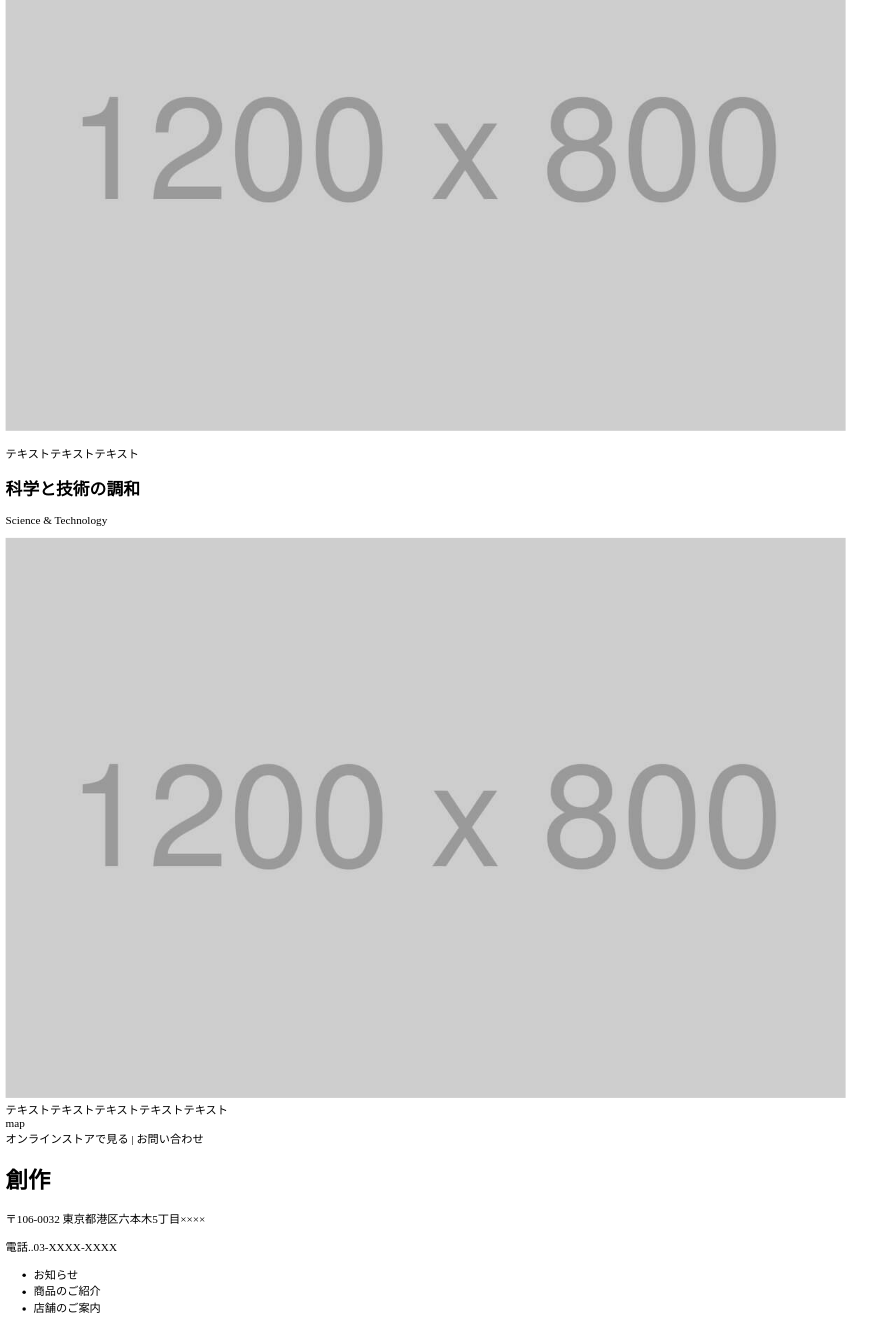
Repository: Fuki-san/wagashi
Page: http://localhost/wagashi
These files come from the project's save history. The page is drawn as it stood at one moment and after a run of saves; the edit follows.
The browser window is 1280 px wide. The pictures show the part of the page from y = 838 to 2758 px (the page is 2734 px tall before and 2758 px after), at 70% of full size.
The page is served by the project's Laravel application, run on PHP 8.4 with Laravel 10. Other server files are loaded and not shown.

Above is the page before, as saved 2023-12-02 18:48:00.

### routes/web.php
<?php

use Illuminate\Support\Facades\Route;
use Spatie\FlareClient\View;

/*
|--------------------------------------------------------------------------
| Web Routes
|--------------------------------------------------------------------------
|
| Here is where you can register web routes for your application. These
| routes are loaded by the RouteServiceProvider and all of them will
| be assigned to the "web" middleware group. Make something great!
|
*/

Route::get('/', function () {
    return view('welcome');
});

Route::get('wagashi', function() {
    return View('wagashi');
})->name('wagashi');

### resources/views/wagashi.blade.php
@extends('layouts.main')

@section('title', 'wagashi')

@section('content')
    <header id="header">
        <h1 class="site-title"><a href="#"><img src="img/logo.svg" alt=""></a></h1>
        <nav id="nav">
            <ul>
                <li><a href="#news">お知らせ</a></li>
                <li><a href="#products1">商品のご紹介</a></li>
                <li><a href="#shop">店舗のご案内</a></li>
            </ul>
        </nav>
        <div class="onlinestore"><a href="#" target="_blank" rel="noopener noreferrer">オンラインストアで見る</a></div>
    </header>

    <main>
        <section id="news" class="wrapper">

            <h2 class="sec-title">
                <span class="en">News</span>
                <span class="ja">お知らせ</span>
            </h2>

            <dl class="list">
                <dt>2021.01.01</dt>
                <dd>タイトルタイトルタイトル</dd>
                <dt>2021.01.01</dt>
                <dd>タイトルタイトルタイトル</dd>
                <dt>2021.01.01</dt>
                <dd>タイトルタイトルタイトル</dd>
                <dt>2021.01.01</dt>
                <dd>タイトルタイトルタイトル</dd>
                <dt>2021.01.01</dt>
                <dd>タイトルタイトルタイトル</dd>
            </dl>
        </section>

        <section id="products1" class="wrapper">
            <h2 class="site-title">
                <span class="ja">新しい価値の創造</span>
                <span class="en">Create New Values</span>
            </h2>

            <div class="img">
                <img src="img/products1.jpg" alt="">
                <p class="text">テキストテキストテキスト</p>
            </div>
        </section>

        <section id="products2">
            <h2 class="sec-title">科学と技術の調和</h2>
            <p>Science & Technology</p>
            <div class="img"><img src="img/products2.jpg" alt=""></div>
            <div class="brown">テキストテキストテキストテキストテキスト</div>
        </section>
        <div class="map">
            map
        </div>
    </main>

    <footer id="footer">
        <div class="flex">
            <div>オンラインストアで見る | お問い合わせ</div>
            <div class="nav">
                <h1 class="site-title">創作</h1>
                <p>〒106-0032 東京都港区六本木5丁目××××</p>
                <p>電話..03-XXXX-XXXX</p>
                <nav>
                    <ul>
                        <li>お知らせ</li>
                        <li>商品のご紹介</li>
                        <li>店舗のご案内</li>
                    </ul>
                </nav>
            </div>
        </div>
    </footer>
@endsection

### resources/views/layouts/main.blade.php
<!DOCTYPE html>
<html lang="ja">
<head>
    <meta charset="UTF-8">
    <meta name="viewport" content="width=device-width, initial-scale=1.0">
    <meta http-equiv="X-UA-Compatible" content="ie=edge">
    <link rel="stylesheet" href="{{ asset('css/reset.css') }}">
    <link rel="stylesheet" href="{{ asset('css/style.css') }}">
    <link rel="icon" href="img/favicon.ico">
    <title>@yield('title')</title>
</head>
<body>
    @yield('content')
</body>
</html>

### public/img/logo.svg
<?xml version="1.0" encoding="utf-8"?>
<!-- Generator: Adobe Illustrator 15.1.0, SVG Export Plug-In . SVG Version: 6.00 Build 0)  -->
<!DOCTYPE svg PUBLIC "-//W3C//DTD SVG 1.1//EN" "http://www.w3.org/Graphics/SVG/1.1/DTD/svg11.dtd">
<svg version="1.1" id="レイヤー_1" xmlns="http://www.w3.org/2000/svg" xmlns:xlink="http://www.w3.org/1999/xlink" x="0px"
	 y="0px" width="57.4775391px" height="131.578125px" viewBox="0 0 57.4775391 131.578125"
	 style="enable-background:new 0 0 57.4775391 131.578125;" xml:space="preserve">
<style type="text/css">
<![CDATA[
	.st0{fill:#FFFFFF;}
]]>
</style>
<g>
	<path class="st0" d="M28.3789063,35.8789063l6.5400391,4.859375c-0.3603516,0.4804688-1.2001953,1.0800781-2.3398438,1.2607422
		v12.0595703c-0.0605469,0.359375-3.4199219,1.5-5.5195313,1.5h-1.0800781v-3.6601563H15.2998047v2.6992188
		c0,0.4208984-1.9199219,1.8007813-5.1601563,1.8007813H9.0595703v-10.5
		c-1.7392578,3.2402344-4.2597656,6.2998047-7.9189453,8.8798828l-0.6005859-0.6005859c5.5205078-8.21875,6-18.4785156,6-26.7587891
		v-9.1191406c-1.9199219,1.3798828-3.9599609,2.5800781-6.0595703,3.6591797L0,21.4199219
		C6.1796875,15.6601563,11.3994141,6.4199219,13.5,0l9.7197266,1.9804688
		c-0.2402344,0.7197266-0.7802734,1.0800781-2.3398438,1.3193359c20.5185547,3.7207031,13.3789063,15.9599609,7.9189453,11.8798828
		c-0.9599609-3.4199219-4.0195313-7.9794922-8.5195313-11.2792969c-2.0400391,3.1796875-4.7392578,6.5390625-7.9794922,9.6591797
		H19.5l2.9990234-3.8398438c0,0,3.4804688,2.6396484,5.5800781,4.5595703
		c-0.1796875,0.6601563-0.7802734,0.9609375-1.6201172,0.9609375H11.7001953l-0.2402344-0.9003906
		c-1.1396484,1.0195313-2.3398438,2.0400391-3.5400391,2.9394531l6,2.2207031h10.9189453l3.0605469-3.3603516L34.4384766,21
		c-0.359375,0.4794922-1.2597656,1.0195313-2.4599609,1.3193359v11.9394531
		c-0.0595703,0.3603516-3.359375,1.5605469-5.4589844,1.5605469h-1.0800781v-1.8007813H12.5400391
		C12.4199219,35.21875,12.2402344,36.4189453,12,37.6787109l4.0800781,1.5595703h9.2988281L28.3789063,35.8789063z
		 M25.4394531,32.3388672v-4.6796875H12.8994141c0,1.4404297-0.0595703,3-0.1796875,4.6796875H25.4394531z M12.8994141,21.1796875
		v4.7998047h12.5400391v-4.7998047H12.8994141z M25.9794922,50.1582031v-9.2392578H15.2998047v9.2392578H25.9794922z
		 M43.2587891,41.7587891c0,0.6601563-2.6396484,1.859375-4.9199219,1.859375h-1.1396484V5.2197266L45.2988281,6
		c-0.1201172,0.7802734-0.6005859,1.3203125-2.0400391,1.5605469V41.7587891z M56.7578125,2.1005859
		C56.578125,3,55.9785156,3.6005859,54.5380859,3.7802734v44.8183594c0,4.6796875-0.9599609,7.3193359-8.4599609,8.0390625
		c-0.1796875-2.0996094-0.4794922-3.6591797-1.3798828-4.7392578c-0.9599609-1.0205078-2.2197266-1.7998047-5.0996094-2.2197266
		v-0.8408203c0,0,5.9394531,0.3603516,7.2001953,0.3603516c0.9599609,0,1.2597656-0.2998047,1.2597656-1.0800781V1.2001953
		L56.7578125,2.1005859z"/>
	<path class="st0" d="M17.4599609,94.0800781c-0.1806641,0.5390625-0.7207031,0.9589844-1.8603516,1.1992188v34.2587891
		c-0.1201172,0.5400391-3,2.0400391-5.7597656,2.0400391H8.5195313v-31.3789063
		c-2.3994141,2.7597656-4.9794922,5.1601563-7.7392578,7.2001953l-0.7197266-0.5400391
		c5.3398438-7.5,10.9189453-19.6796875,13.9189453-31.6787109l9.5400391,3.1796875
		c-0.2998047,0.7802734-1.0800781,1.2597656-2.4003906,1.2001953c-2.0400391,4.859375-4.3798828,9.2988281-6.9589844,13.3193359
		L17.4599609,94.0800781z M39.9589844,89.7597656v11.0996094h4.7998047l3.6591797-4.7998047
		c0,0,4.140625,3.2998047,6.7197266,5.5800781c-0.1796875,0.6591797-0.8398438,0.9599609-1.6796875,0.9599609H39.9589844v11.3388672
		h5.1591797l4.0205078-5.2197266c0,0,4.4394531,3.5400391,7.1992188,5.9404297
		c-0.1796875,0.6591797-0.8398438,0.9599609-1.7402344,0.9599609H39.9589844v14.0390625
		c0,0.4199219-2.2207031,1.859375-5.9404297,1.859375h-1.3193359V89.7597656h-1.4404297
		c-3.8994141,5.8798828-8.3994141,10.6796875-13.4394531,14.2792969l-0.6601563-0.4794922
		c4.6201172-6.7802734,9.6601563-17.6992188,12.3603516-28.3193359l9.6591797,3.4199219
		c-0.2998047,0.7802734-1.0800781,1.2597656-2.4599609,1.1396484c-1.3798828,2.9404297-2.8203125,5.7597656-4.4394531,8.3398438
		h14.0996094l3.9589844-5.1591797c0,0,4.4404297,3.4794922,7.1396484,5.8193359
		c-0.1796875,0.6601563-0.8398438,0.9599609-1.6796875,0.9599609H39.9589844z"/>
</g>
</svg>

Loaded but not shown: public/css/style.css (no copy from this time; the picture is the same without it)

After the next 2 saves:
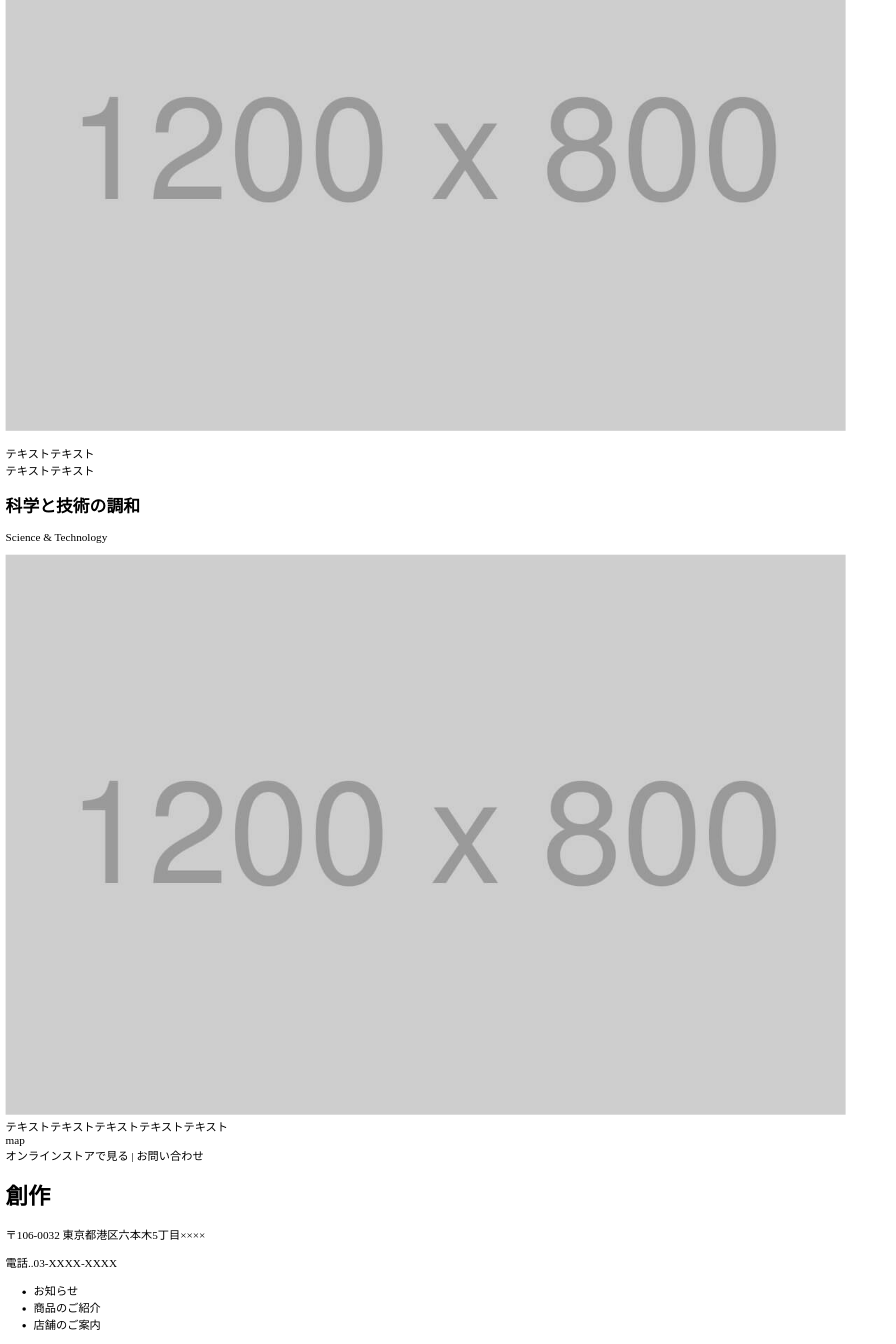
The 2 saves are shown as one change because they came seconds apart.
The last was saved 12 s later.
--- a/resources/views/wagashi.blade.php
+++ b/resources/views/wagashi.blade.php
@@ -45,7 +45,7 @@
 
             <div class="img">
                 <img src="img/products1.jpg" alt="">
-                <p class="text">テキストテキストテキスト</p>
+                <p class="text">テキストテキスト<br>テキストテキスト</p>
             </div>
         </section>
 
